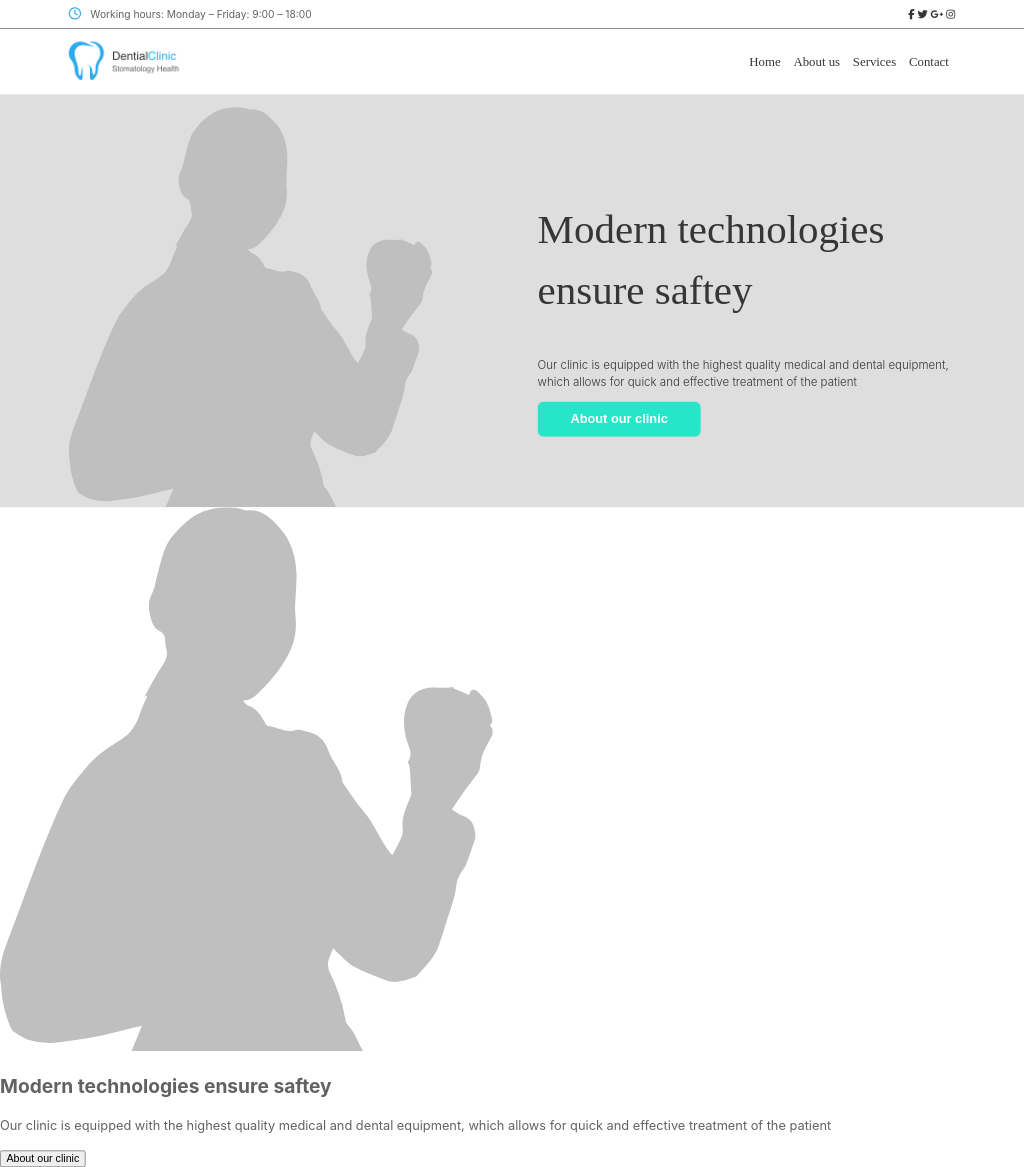
Repository: skepp4rn/uppgift1
Page: index.html
The author's editor kept a copy of each file at every save. The page is drawn from the files as they stood at one save, then again after the next save.
The browser window is 1280 px wide. The pictures show the whole page, at 80% of full size.
Some web libraries are served in a nearby version.

Above is the page before, as saved 2020-11-20 17:01:02.

### index.html
<!DOCTYPE html>
<html lang="en">
<head>
    <meta charset="UTF-8">
    <meta name="viewport" content="width=device-width, initial-scale=1.0">
    <title>Document</title>

    <script src="https://kit.fontawesome.com/0abbda2fd3.js" crossorigin="anonymous"></script>
    <link rel="stylesheet" href="style.css">
</head>
<body>

    <nav class="navbar-top collapse">
        <div class="container">
            <div class="hours">
                <i class="far fa-clock"></i>
                Working hours: Monday – Friday: 9:00 – 18:00
            </div>
            <div class="#">
                <a href="#"><i class="fab fa-facebook-f"></i></a>
                <a href="#"><i class="fab fa-twitter"></i></a>
                <a href="#"><i class="fab fa-google-plus-g"></i></a>
                <a href="#"><i class="fab fa-instagram"></i></a>
            </div>
        </div>
    </nav>

    <nav class="navbar ">
        <div class="container">
            <a class="navbar-brand" href="#" >
                <img src="images/Logo.png" alt="">
            </a>
            <button class="navbar-toggler">
                <i class="fas fa-bars"></i>
            </button>
            <div class="collapse navbar-collapse">
                <div class="navbar-nav">
                    <a class="nav-link" href="#">Home</a>
                    <a class="nav-link" href="#">About us</a>
                    <a class="nav-link" href="#">Services</a>
                    <a class="nav-link" href="#">Contact</a>
                </div>
            </div>
        </div>
    </nav>

    <section id="showcase" class="bg-gray">
        <div class="container">
            <img src="images/placehold-girl.svg" alt="">
            <div class="content-box">
                <div class="content">
                    <h1>Modern technologies ensure saftey</h1>
                    <p>Our clinic is equipped with the highest quality medical and dental equipment, which allows for quick and effective treatment of the patient</p>
                    <button class="btn btn-green">About our clinic</button>
                </div>
            </div>
        </div>
    </section>

    <section id="showcasedown" class="bg-white-pic">
        <div class="containerdown">
            <img src="images/placehold-girl.svg" alt="">
            <div class="content-box-down">
                <div class="content-down">
                    <h1>Modern technologies ensure saftey</h1>
                    <p>Our clinic is equipped with the highest quality medical and dental equipment, which allows for quick and effective treatment of the patient</p>
                    <button class="btndown btn-greendowns">About our clinic</button>
                </div>
            </div>
        </div>
    </section>




</body>
</html>

### style.css
* {
    box-sizing: border-box;
}

html, body {
    font-weight: 400;
    font-family: -apple-system, BlinkMacSystemFont, 'Segoe UI', Roboto, Oxygen, Ubuntu, Cantarell, 'Open Sans', 'Helvetica Neue', sans-serif;
    line-height: 1.5;
    font-size: 16px;
    margin: 0;
    padding: 0;
    color: #626262;
}

.border {
    border: 1px solid black;
}

a {
    color: #363636;
    text-decoration: none;
    background-color: transparent;
}

a:hover {
    color: #25E6C8;
}

.bg-dark {
   background: #333333;
   color: #ffffff;
}

.bg-light {
    background: #f7f7f7;
    color: #333333;
}

.bg-gray {
    background-color: #DEDEDE;

}



.btn {
    display: inline-block;
    font-weight: 400;
    text-align: center;
    vertical-align: middle;
    padding: 0.75rem 2.5rem;
    border-radius: 0.5rem;
    border: 1px solid transparent;
    background-color: transparent;
    font-size: 1rem;

}

.btn-green {
    color: #ffffff;
    background-color: #25E6C8;
    font-weight: bold;


}

.btn-green:hover {
    cursor: pointer;
    background-color: #2BAAEC;
}



.collapse:not(.show) {
    display: none;
}

.container {
    width: 100%;
    padding: 0 1rem;
    margin: 0 auto;
}

.navbar-top {
    border-bottom: 1px solid #707070;
}

.navbar, .navbar-top {
    display: flex;
    justify-content: space-between;
    padding: 0.5rem 1rem;
}

.navbar .container, .navbar-top .container {
    display: flex;
    justify-content: space-between;
    align-items: center;
}

.navbar-top .container {
    font-size: 0.8rem;
}

.navbar-top .container .hours {
    color:#626262;
}

.navbar-top .container .hours i {
    color: #2BAAEC;
    margin-right: 0.5rem;
    font-size: 1.2em;
}

.navbar-top .container .socialmedia a {
    margin: 0 0.5rem;

}

.navbar-brand {
    display: inline-block;
    font-size: 1.5rem;
    color: black;
    margin-right: 1rem;
}

.navbar-brand img {
    height: 3rem;
    margin-top: 0.5rem;
}

.navbar-toggler {
    font-size: 2.5rem;
    color:#2BAAEC;
    background-color: transparent;
    border: 1px solid transparent;
}

.navbar-collapse {
    align-items: center;
}

.navbar-nav {
    display: flex;
    flex-direction: column;
    font-family: 'Roboto Slab', serif;

}

.nav-link {
    padding: 0;
    text-decoration: none;
}



#showcase .container {
    display: grid;
    grid-template-columns: 1fr 1fr;
    column-gap: 4rem;

    align-items: center;
}

#showcase .container img {
    height: 500px;
    margin-top: 1rem;
}

#showcase .container .content-box {
    align-self: center;
    color: #363636;
    font-weight: 300;
}

.content-box .content h1 {
    font-size: 3.2rem;
    font-family: 'Roboto Slab', serif;
    font-weight: 300;

}

.content-box .content p {
    font-size: 0.9rem;
}


















@media (min-width: 768px) {
    .nav-link {
        padding-right: 0.5rem;
        padding-left: 0.5rem;
    }

    .navbar-nav {
        flex-direction: row;
    }

    .navbar-toggler {
        display: none;
    }

    .collapse:not(.show) {
        display: flex;
    }

    .container {
        max-width: 720px;
    }

}

@media (min-width: 992px) {
    .container {
        max-width: 960px;
    }
}

@media (min-width: 1200px) {
    .container {
        max-width: 1140px;
    }
}

After the next save:
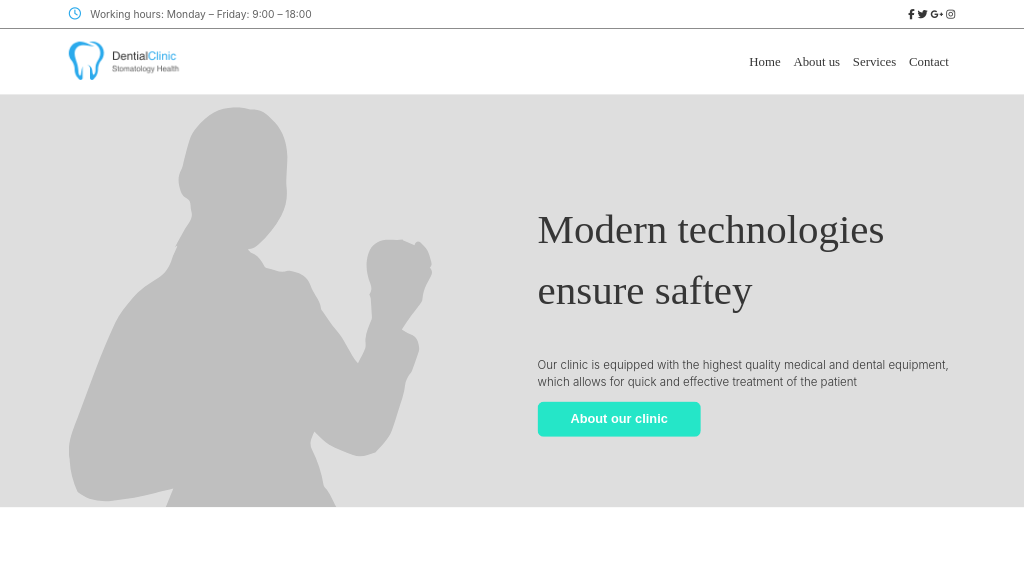
Saved 13 s later.
--- a/index.html
+++ b/index.html
@@ -57,19 +57,6 @@
         </div>
     </section>
 
-    <section id="showcasedown" class="bg-white-pic">
-        <div class="containerdown">
-            <img src="images/placehold-girl.svg" alt="">
-            <div class="content-box-down">
-                <div class="content-down">
-                    <h1>Modern technologies ensure saftey</h1>
-                    <p>Our clinic is equipped with the highest quality medical and dental equipment, which allows for quick and effective treatment of the patient</p>
-                    <button class="btndown btn-greendowns">About our clinic</button>
-                </div>
-            </div>
-        </div>
-    </section>
-
 
 
 
